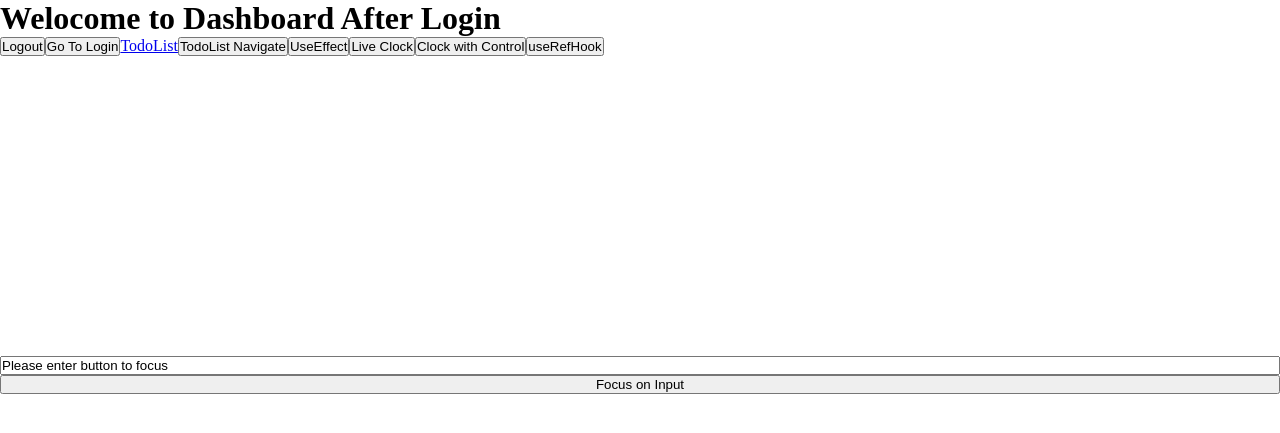
Repository: harshrathore123/ReactPractice
Page: /dashboard/useRefHook (app in my-app/)
These files come from the project's save history. The page is drawn as it stood at one moment and after the next save; the edit follows.
The browser window is 1280 px wide. The pictures show the whole page.
The project was rebuilt for these pictures with package versions that can differ from the ones it lists, and the page was loaded fresh each time. Also part of the build but not shown: my-app/vite.config.js, my-app/src/component/Desctructuing.jsx, my-app/src/component/FirstName.jsx, my-app/src/component/Increment.jsx, my-app/src/component/Event.jsx, my-app/src/component/Form.jsx, my-app/src/component/Rendering.jsx, my-app/src/component/RenderingList.jsx and 7 more.

Above is the page before, as saved 2025-10-13 12:50:25.

### my-app/src/App.jsx
import './App.css';
import Destructuring from './component/Desctructuing';
import FirstName from './component/FirstName';
import Increment from './component/Increment';
import Event from './component/Event';
import Form from './component/Form';
import Rendering from './component/Rendering';
import RenderingList from './component/RenderingList';
import TodoList from './component/TodoList';
import {BrowserRouter, Routes, Route} from 'react-router-dom';
import Products from './component/Products';
import ProductDetails from './component/ProductDetails';
import Login from './component/Login';
import Dashboard from './component/Dashboard';
import UseEffect from './component/use_Effect';
import UseState_UseEffect from './component/Hooks/UseState_UseEffect';
import ClockWithControl from './component/Hooks/ClockWithControl';
import UseRefHook from './component/Hooks/useRefHook';

function App() {
  return (
    <>
    {/* <FirstName name="Harsh Rathore" age="23"/>
    <Destructuring batch="mern" internship_exp="4month"/>
    <Increment/>
    <Event intro="Hi I am harsh rathore"/>
    <Form/>
    <Rendering isLoggedIn={false}/>
    <RenderingList/>

    <TodoList/> */}
  <BrowserRouter>
      <Routes>
        {/* Parent route for products */}
        <Route path="/products" element={<Products />}>
          {/* Nested route inside /products */}
          <Route path=":id" element={<ProductDetails />} />
        </Route>

        <Route path='/login' element={<Login/>}/>
        <Route path='/dashboard' element={<Dashboard/>}>
        {/* Nested another component inside dashboard */}
          <Route path='todolist' element={<TodoList/>}/>
          <Route path='useeffect' element={<UseEffect/>}/>
          <Route path='live_clock' element={<UseState_UseEffect/>}/>
          <Route path='clockwithcontrol' element={<ClockWithControl/>}/>
          <Route path='useRefHook' element={<UseRefHook/>}/>
        </Route>

      </Routes>
    </BrowserRouter>


    </>
  )
}

export default App

### my-app/src/component/Dashboard.jsx
import { Link,Outlet, useNavigate } from "react-router-dom"
export default function Dashboard(){
    const navigate = useNavigate();
    const gotoLogin = () =>{
        navigate('/login');
    }

    const todolistNavigate = () =>{
        navigate('/dashboard/todolist');
    }

    return(
        <>
        <h1>Welocome to Dashboard After Login</h1>

        <button onClick={()=>navigate('/login')}>Logout</button>
        <button onClick={gotoLogin}>Go To Login</button>

        <Link to="todolist">TodoList</Link>
        <button onClick={todolistNavigate}>TodoList Navigate</button>
        <button onClick={()=>navigate('/dashboard/useeffect')}>UseEffect</button>
        <button onClick={()=>navigate('/dashboard/live_clock')}>Live Clock</button>
        <button onClick={()=>navigate('/dashboard/clockwithcontrol')}>Clock with Control</button>
        <button onClick={()=>navigate('/dashboard/useRefHook')}>useRefHook</button>
        <Outlet/>
        </>
    )
}

### my-app/src/component/Hooks/useRefHook.jsx
export default function UseRefHook(){

    const focusInput = () =>{

    }
    return(
        <>
        <div className="coainer" style={{display:"flex",justifyContent:"center",alignContent:"center",marginTop:"300px",flexDirection:"column"}}>
        <input type="text" placeholder="Please enter button to focus" />
        <button onClick={focusInput}>Focus on Input</button>
        </div>

        </>
    )
}

### my-app/src/component/TodoList.css
*{
    margin: 0;
    padding: 0;
    box-sizing: border-box;
}

.container{
    width: 100%;
    height: 100vh;
    background-image: url('https://encrypted-tbn0.gstatic.com/images?q=tbn:ANd9GcR6epnd0KtuwAaygjj-Ls7D5RjgwV_ijX_qUQ&s');
    background-repeat: no-repeat;
    background-size: cover;
    position:relative;
}

.todobox{
    width: 400px;
    height: auto;
    position: absolute;
    top: 100px;
    left:200px;
    background: transparent;
    border-radius: 20px;
    box-shadow: 0 0 20px black;
}

#headline{
    text-align: center;
    padding: 20px;
    color: blue;
}

#task{
    width: 350px;
    height: 38px;
    border-radius: 20px;
    border: 2px solid blue;
    position: absolute;
    left: 30px;
    top: 90px;
    padding: 20px;
    outline:none;
}

input::placeholder{
    color: black;
}

input:hover{
    outline: none;
}

.addtask{
    position: absolute;
    top:91px;
    right: 20px;
    width: 80px;
    height: 41px;
    border-radius: 20px;
    border: none;
    padding: 10px;
    background: transparent;
    outline: none;
    cursor: pointer;
    background-color: blue;
    color: white;
}

.ul_list {
  margin-top: 90px;
  list-style: none;
  padding: 30px;
}

.ul_list li {
  padding: 10px;
  background: #f4f4f4;
  margin-bottom: 8px;
  border-radius: 5px;
  display: flex;
  justify-content: space-between;
  align-items: center;
}

Loaded but not shown: my-app/index.html (common file); my-app/src/main.jsx (common file); my-app/src/App.css (common file)

After the next save:
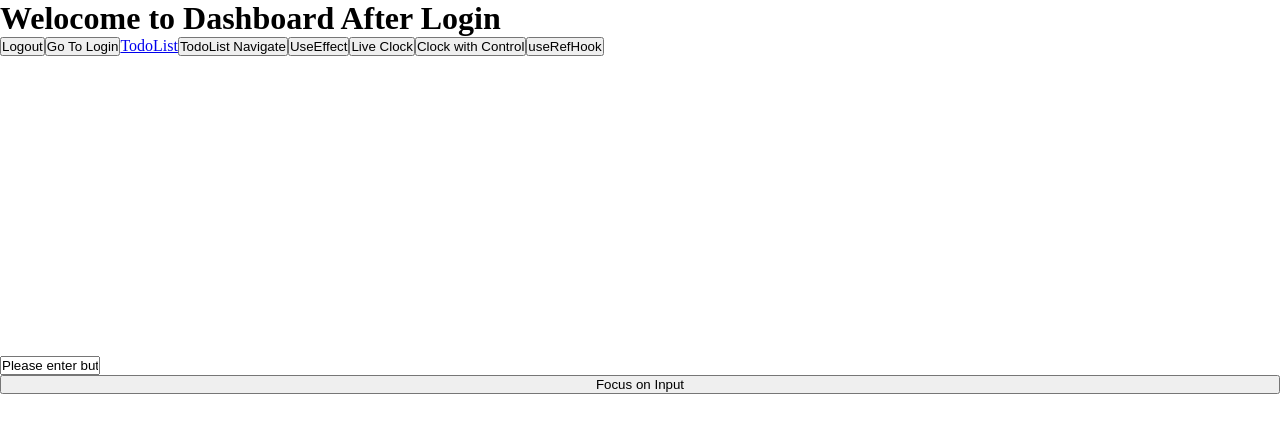
Saved 18 s later.
--- a/my-app/src/component/Hooks/useRefHook.jsx
+++ b/my-app/src/component/Hooks/useRefHook.jsx
@@ -6,7 +6,7 @@ export default function UseRefHook(){
     return(
         <>
         <div className="coainer" style={{display:"flex",justifyContent:"center",alignContent:"center",marginTop:"300px",flexDirection:"column"}}>
-        <input type="text" placeholder="Please enter button to focus" />
+        <input type="text" placeholder="Please enter button to focus" style={{width:"100px"}} />
         <button onClick={focusInput}>Focus on Input</button>
         </div>
 
